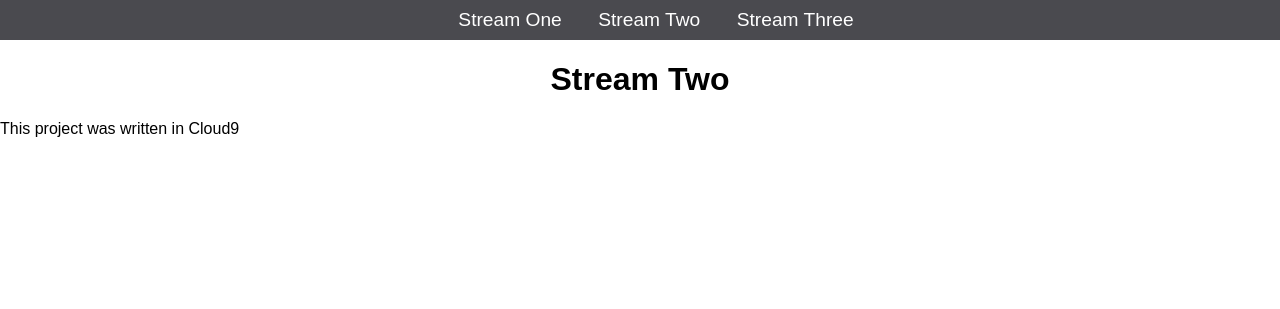
Repository: ElaineArchbold/my-first-website
Page: stream-two.html
The author's editor kept a record of every edit. The page is drawn from the files as they stood at one moment, then again after the next edit.
The browser window is 1280 px wide. The pictures show the whole page.

Above is the page before.

After the next edit:
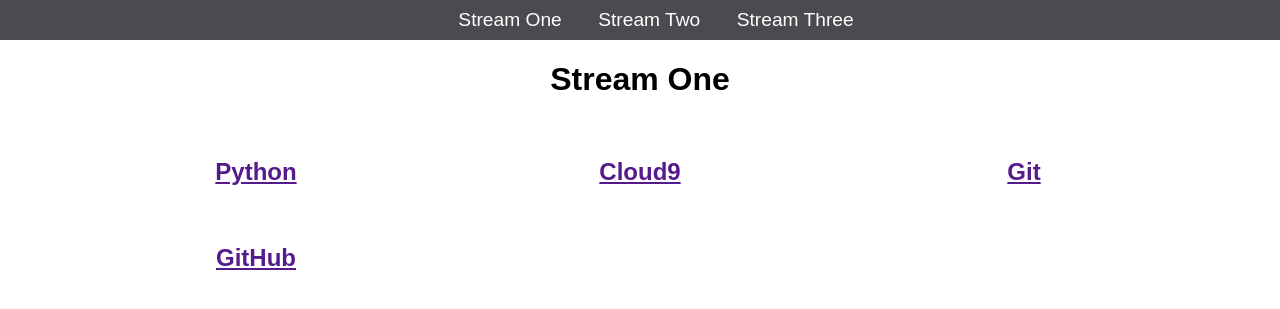
The edit:
--- a/stream-two.html
+++ b/stream-two.html
@@ -15,9 +15,24 @@
 
        </nav>
 
-        <h1>Stream Two</h1>
-      <p>This project was written in Cloud9</p>
+          <h1>Stream One</h1>
 
+
+          <div class="card">
+            <a href=""><img src=""><h2>Python</h2>
+        </div>
+
+          <div class="card">
+            <a href=""><img src=""><h2>Cloud9</h2>
+        </div>
+
+          <div class="card">
+            <a href=""><img src=""><h2>Git</h2>
+        </div>
+
+         <div class="card">
+            <a href=""><img src=""><h2>GitHub</h2>
+        </div>
 
 
 
